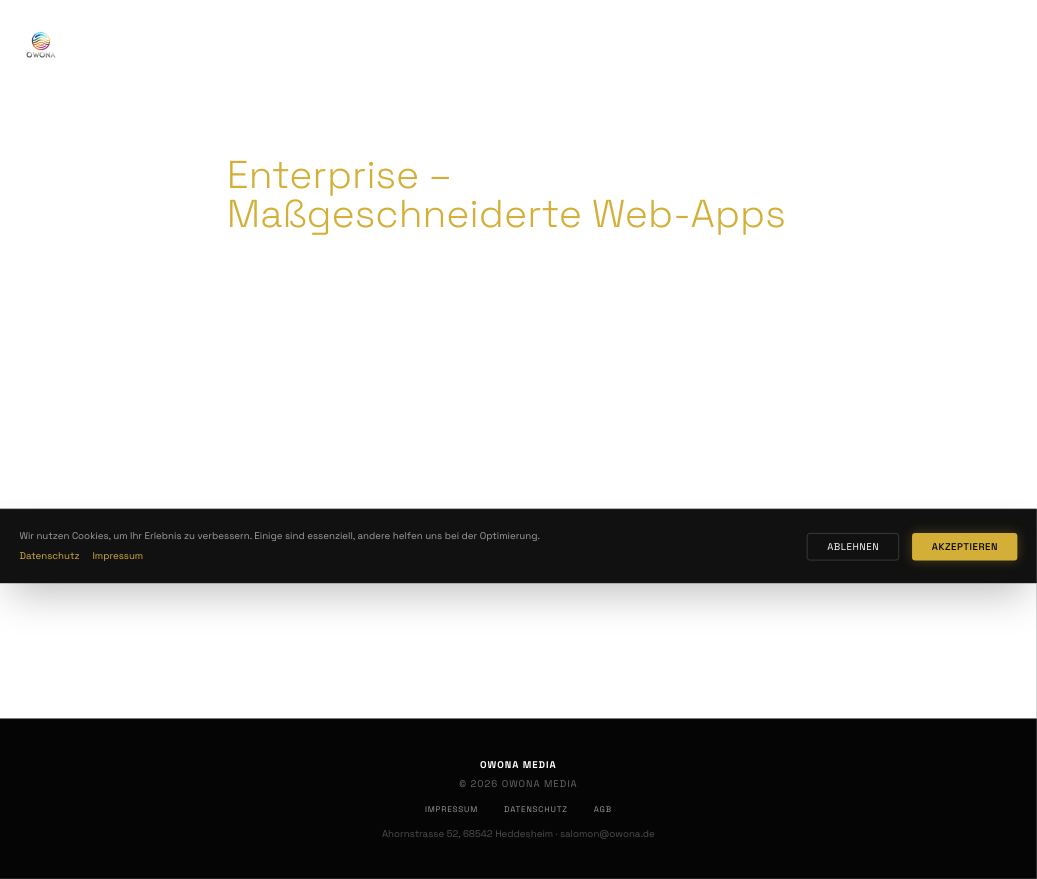
Repository: OwonaMedia/OMedia
Page: /produkte/enterprise
These files come from the project's save history. The page is drawn as it stood at one moment and after the next save; the edit follows.
The browser window is 1280 px wide. The pictures show the whole page, at 81% of full size.
The project was rebuilt for these pictures with package versions that can differ from the ones it lists, and the page was loaded fresh each time. Also part of the build but not shown: src/pages/Home.tsx, src/pages/Login.tsx, src/pages/dashboard/Overview.tsx, src/pages/dashboard/Projects.tsx, src/pages/dashboard/Invoices.tsx, src/pages/dashboard/Files.tsx, src/pages/dashboard/Settings.tsx, src/pages/Dashboard.tsx and 7 more. Imported but missing from the stored project, and not drawn on this page: src/pages/legal/AGB, src/pages/legal/Datenschutz, src/pages/legal/Impressum.

Above is the page before, as saved 2026-01-20 18:04:42.

### index.html
<!doctype html>
<html lang="de">
  <head>
    <meta charset="UTF-8" />
    <meta name="viewport" content="width=device-width, initial-scale=1.0" />
    <title>Owona Media</title>
    <meta name="description" content="Owona Media - Webentwicklung & Digital Solutions">
    <link rel="icon" type="image/png" href="/src/assets/favcon.png" />
    <link href="https://fonts.googleapis.com/css2?family=Space+Grotesk:wght@300;400;500;600;700&display=swap" rel="stylesheet">
  </head>
  <body>
    <div id="root"></div>
    <script type="module" src="/src/main.tsx"></script>
  </body>
</html>

### src/main.tsx

import React from 'react'
import ReactDOM from 'react-dom/client'
import { BrowserRouter } from 'react-router-dom'
import App from './App'
import './index.css'
import { TranslationProvider } from './TranslationContext';

ReactDOM.createRoot(document.getElementById('root')!).render(
  <React.StrictMode>
    <TranslationProvider>
      <BrowserRouter>
        <App />
      </BrowserRouter>
    </TranslationProvider>
  </React.StrictMode>,
)

### src/App.tsx
import { Routes, Route, useLocation } from 'react-router-dom';
import { useEffect } from 'react';
import Layout from './components/layout/Layout';
import Home from './pages/Home';
import Impressum from './pages/legal/Impressum';
import Datenschutz from './pages/legal/Datenschutz';
import AGB from './pages/legal/AGB';
import Login from './pages/Login';
import Dashboard from './pages/Dashboard';
import Produkte from './pages/Produkte';
import ProductStarter from './pages/ProductStarter';
import ProductPro from './pages/ProductPro';
import ProductEnterprise from './pages/ProductEnterprise';
import Abo from './pages/Abo';
import Ueber from './pages/Ueber';
import Kontakt from './pages/Kontakt';
import Blog from './pages/Blog';
import { TranslationProvider } from './TranslationContext';

function ScrollToTop() {
  const { pathname } = useLocation();
  useEffect(() => {
    window.scrollTo(0, 0);
  }, [pathname]);
  return null;
}

export default function App() {
  const location = useLocation();
  // Dashboard gets its own layout, all others use Layout
  const isDashboard = location.pathname.startsWith('/dashboard');

  return (
    <TranslationProvider>
      <ScrollToTop />
      <Routes>
        {/* All main pages wrapped in Layout for consistent Header/Footer/CookieBanner */}
        <Route path="/" element={<Layout><Home /></Layout>} />
        <Route path="/impressum" element={<Impressum />} />
        <Route path="/datenschutz" element={<Datenschutz />} />
        <Route path="/agb" element={<AGB />} />
        <Route path="/produkte" element={<Layout darkBg={false}><Produkte /></Layout>} />
        <Route path="/produkte/starter" element={<Layout darkBg={false}><ProductStarter /></Layout>} />
        <Route path="/produkte/pro" element={<Layout darkBg={false}><ProductPro /></Layout>} />
        <Route path="/produkte/enterprise" element={<Layout darkBg={false}><ProductEnterprise /></Layout>} />
        <Route path="/abo" element={<Layout darkBg={false}><Abo /></Layout>} />
        <Route path="/ueber" element={<Layout darkBg={false}><Ueber /></Layout>} />
        <Route path="/kontakt" element={<Layout darkBg={false}><Kontakt /></Layout>} />
        <Route path="/blog" element={<Layout darkBg={false}><Blog /></Layout>} />
        {/* Login and Dashboard can use their own layout or be standalone */}
        <Route path="/login" element={<Login />} />
        <Route path="/dashboard/*" element={<Layout darkBg={false}><Dashboard /></Layout>} />
      </Routes>
    </TranslationProvider>
  );
}

### src/index.css
@import "tailwindcss";


html {
  scroll-behavior: smooth;
}

body {
  background: #000;
  overflow-x: hidden;
  font-family: 'Space Grotesk', sans-serif;
}

/* Custom Cursor */
.cursor-custom {
  width: 20px;
  height: 20px;
  border: 1px solid rgba(212, 175, 55, 0.5);
  border-radius: 50%;
  position: fixed;
  pointer-events: none;
  z-index: 9999;
  transition: transform 0.1s ease, width 0.3s ease, height 0.3s ease;
  mix-blend-mode: difference;
  transform: translate(-50%, -50%);
}

/* Stars Background */
.stars {
  position: fixed;
  inset: 0;
  pointer-events: none;
  background-image:
    radial-gradient(1px 1px at 20px 30px, rgba(255,255,255,0.2), transparent),
    radial-gradient(1.5px 1.5px at 100px 100px, rgba(212, 175, 55, 0.1), transparent),
    radial-gradient(1px 1px at 200px 300px, rgba(255,255,255,0.1), transparent);
  background-size: 400px 400px;
  opacity: 0.5;
}

/* Hamburger Button */
.hamburger {
  position: fixed;
  top: 24px;
  right: 32px;
  z-index: 120;
  display: flex;
  flex-direction: column;
  justify-content: space-between;
  width: 32px;
  height: 24px;
  cursor: pointer !important;
  transition: transform 0.3s;
}

.hamburger span {
  display: block;
  height: 4px;
  width: 100%;
  background: white;
  border-radius: 2px;
  transition: all 0.3s ease;
  transform-origin: center;
}

.hamburger.active span:nth-child(1) {
  transform: translateY(10px) rotate(45deg);
}

.hamburger.active span:nth-child(2) {
  opacity: 0;
}

.hamburger.active span:nth-child(3) {
  transform: translateY(-10px) rotate(-45deg);
}

/* Menu Overlay */
.menu-overlay {
  position: fixed;
  inset: 0;
  background: rgba(0, 0, 0, 0.7);
  backdrop-filter: blur(4px);
  z-index: 110;
  opacity: 0;
  pointer-events: none;
  transition: opacity 0.3s;
}

.menu-overlay.show {
  opacity: 1;
  pointer-events: auto;
}

/* Sidebar Menu */
.sidebar-menu {
  position: fixed;
  top: 16px;
  right: 16px;
  width: auto;
  min-width: 250px;
  max-width: 320px;
  background: #111;
  z-index: 130;
  padding: 32px;
  transform: translateX(calc(100% + 20px));
  transition: transform 0.3s ease;
  border-radius: 12px;
  border: 1px solid rgba(255, 255, 255, 0.1);
  box-shadow: 0 8px 32px rgba(0, 0, 0, 0.5);
}

.sidebar-menu.open {
  transform: translateX(0);
}

/* Reveal animations */
.reveal {
  opacity: 0;
  transform: translateY(40px);
  transition: all 1.2s cubic-bezier(0.16, 1, 0.3, 1);
}

.reveal.visible {
  opacity: 1;
  transform: translateY(0);
}

/* Product Card */
.product-card {
  background: rgba(255,255,255,0.01);
  border: 1px solid rgba(255,255,255,0.05);
  transition: all 0.6s cubic-bezier(0.16, 1, 0.3, 1);
  position: relative;
  overflow: hidden;
}

.product-card:hover {
  border-color: rgba(212, 175, 55, 0.3);
  background: rgba(212, 175, 55, 0.02);
  transform: translateY(-5px);
}

/* Detail Overlay */
.detail-overlay {
  position: fixed;
  inset: 0;
  background: #000;
  z-index: 100;
  opacity: 0;
  transition: opacity 0.5s ease;
  overflow-y: auto;
  padding: 4rem 2rem;
  pointer-events: none;
}

.detail-overlay.active {
  opacity: 1;
  pointer-events: auto;
}

/* Scrollbar */
::-webkit-scrollbar { width: 3px; }
::-webkit-scrollbar-track { background: #000; }
::-webkit-scrollbar-thumb { background: #D4AF37; }

### src/TranslationContext.tsx
import React, { createContext, useContext, useState, useEffect, ReactNode } from 'react';
import { translations } from './translations';

type Language = 'de' | 'en' | 'fr' | 'sw';

interface TranslationContextProps {
  lang: Language;
  setLang: (lang: Language) => void;
  t: (key: string) => string;
}

const TranslationContext = createContext<TranslationContextProps | undefined>(undefined);

export const TranslationProvider = ({ children }: { children: ReactNode }) => {
  const [lang, setLangState] = useState<Language>(() => {
    const stored = localStorage.getItem('lang') as Language;
    return stored || 'de';
  });

  useEffect(() => {
    localStorage.setItem('lang', lang);
  }, [lang]);


  const setLang = (newLang: Language) => {
    if (['de', 'en', 'fr', 'sw'].includes(newLang)) {
      setLangState(newLang);
    } else {
      console.warn(`Unknown language: ${newLang}`);
    }
  }

  const t = (key: string) => {
    console.log(`t() aufgerufen mit Key: '${key}', Sprache: '${lang}'`);
    const dict = translations[lang] || {};
    console.log('Verfügbare Keys für aktuelle Sprache:', Object.keys(dict));
    if (dict[key]) return dict[key];
    // Kein Fallback, sondern Key anzeigen
    console.warn(`Key '${key}' nicht gefunden in Sprache '${lang}'.`);
    return key;
  }

  return (
    <TranslationContext.Provider value={{ lang, setLang, t }}>
      {children}
    </TranslationContext.Provider>
  );
};

export function useTranslation() {
  const context = useContext(TranslationContext);
  if (!context) {
    throw new Error('useTranslation must be used within a TranslationProvider');
  }
  return context;
}

### src/components/layout/Layout.tsx
import { ReactNode } from 'react';
import Header from './Header';
import Footer from './Footer';
import CookieBanner from './CookieBanner';
import CustomCursor from '../ui/CustomCursor';

interface LayoutProps {
  children: ReactNode;
  darkBg?: boolean; // true = schwarzer Hintergrund (Hauptseite), false = weißer Hintergrund
}

export default function Layout({ children, darkBg = true }: LayoutProps) {
  return (
    <div className={darkBg ? 'bg-black text-white' : 'bg-white text-black'}>
      {/* Sterne-Hintergrund nur auf dunklen Seiten */}
      {darkBg && <div className="stars" />}

      <Header />
      <CustomCursor />

      <main className="min-h-screen pt-24">
        {children}
      </main>

      <footer className="px-8 py-12 border-t border-white/5 bg-[#050505] text-white text-xs text-center">
        <div className="mb-2 font-bold tracking-widest uppercase">Owona Media</div>
        <div className="mb-4 text-white/40 tracking-widest uppercase">© {new Date().getFullYear()} Owona Media</div>
        <div className="flex flex-wrap justify-center gap-8 text-[10px] tracking-widest uppercase text-white/60 mb-4">
          <a href="/impressum" className="hover:text-[#D4AF37] transition-colors">Impressum</a>
          <a href="/datenschutz" className="hover:text-[#D4AF37] transition-colors">Datenschutz</a>
          <a href="/agb" className="hover:text-[#D4AF37] transition-colors">AGB</a>
        </div>
        <div className="text-white/30">Ahornstrasse 52, 68542 Heddesheim · salomon@owona.de</div>
      </footer>
      <CookieBanner />
    </div>
  );
}

### src/pages/ProductEnterprise.tsx
import { useTranslation } from '../TranslationContext';

export default function ProductEnterprise() {
  const { t } = useTranslation();
  return (
    <div className="max-w-3xl mx-auto py-24 px-6">
      <h1 className="text-5xl font-light mb-8 text-[#D4AF37]">{t('product.enterprise.detail.title')}</h1>
      <div className="text-white/80 text-lg leading-relaxed space-y-6">
        <p>{t('product.enterprise.detail.target')}</p>
        <p>{t('product.enterprise.detail.features')}</p>
        <p>{t('product.enterprise.detail.benefits')}</p>
        <p>{t('product.enterprise.detail.tech')}</p>
        <p>{t('product.enterprise.detail.service')}</p>
        <p>{t('product.enterprise.detail.addons')}</p>
      </div>
    </div>
  );
}

### src/components/layout/Header.tsx

import { useState, useEffect } from 'react';
import { Link } from 'react-router-dom';
import { useTranslation } from '../../TranslationContext';
import LogoO from '../LogoO';

export default function Header() {
  const { t, lang, setLang } = useTranslation();
  const [isOpen, setIsOpen] = useState(false);
  const [scrolled, setScrolled] = useState(false);

  // Scroll effect
  useEffect(() => {
    const handleScroll = () => setScrolled(window.scrollY > 50);
    window.addEventListener('scroll', handleScroll);
    return () => window.removeEventListener('scroll', handleScroll);
  }, []);

  // Lock body scroll when menu open
  useEffect(() => {
    if (isOpen) document.body.style.overflow = 'hidden';
    else document.body.style.overflow = '';
  }, [isOpen]);

  const toggleMenu = () => setIsOpen(!isOpen);
  const closeMenu = () => setIsOpen(false);

  return (
    <>
      <header className={`fixed top-0 left-0 right-0 z-[100] transition-all duration-500 ${scrolled ? 'py-4 bg-black/80 backdrop-blur-md border-b border-white/5' : 'py-8'}`}>
        <div className="max-w-[1800px] mx-auto px-8 flex justify-between items-center">
          <Link to="/" className="text-white hover:text-white/80 transition-all text-xl md:text-2xl font-light tracking-[0.4em] z-[120] flex items-center gap-1" onClick={closeMenu}>
            <span className="inline-block align-middle" style={{ width: '1.5em', height: '1.5em' }}>
              <LogoO className="w-[1.5em] h-[1.5em] object-contain inline-block align-middle" style={{ minWidth: 37, minHeight: 37, maxWidth: 48, maxHeight: 48, transform: 'scale(1.5)' }} />
            </span>
            <span className="inline-block align-middle ml-3 tracking-[0.4em] text-[1.5em]">MEDIA</span>
          </Link>
          {/* Hamburger Icon */}
          <div
            id="hamburger"
            onClick={toggleMenu}
            className={`z-[120] flex flex-col justify-between w-8 h-6 cursor-pointer group ${isOpen ? 'active' : ''}`}
          >
            <span className={`block h-0.5 w-full bg-white rounded transition-all duration-300 ${isOpen ? 'translate-y-[11px] rotate-45' : 'group-hover:w-2/3 ml-auto'}`}></span>
            <span className={`block h-0.5 w-full bg-white rounded transition-all duration-300 ${isOpen ? 'opacity-0' : ''}`}></span>
            <span className={`block h-0.5 w-full bg-white rounded transition-all duration-300 ${isOpen ? '-translate-y-[11px] -rotate-45' : 'group-hover:w-1/2 ml-auto'}`}></span>
          </div>
        </div>
      </header>

      {/* Overlay */}
      <div
        className={`fixed inset-0 bg-black/90 backdrop-blur-sm z-[110] transition-opacity duration-500 ${isOpen ? 'opacity-100 visible' : 'opacity-0 invisible'}`}
        onClick={closeMenu}
      />

      {/* Sidebar Menu */}
      <nav
        className={`fixed top-0 right-0 w-full md:max-w-md h-full bg-[#0a0a0a] z-[115] flex flex-col p-12 md:p-20 gap-8 transition-transform duration-500 border-l border-white/10 ${isOpen ? 'translate-x-0' : 'translate-x-full'}`}
      >
        <div className="mt-20 flex flex-col gap-6">
          {/* Hauptnavigation */}
          <div className="flex flex-col gap-4 mb-4 border-b border-white/10 pb-8">
              <Link to="/produkte" onClick={closeMenu} className="text-white/80 text-lg tracking-widest transition-colors hover:text-[#D4AF37]">{t('menu.products')}</Link>
              <Link to="/abo" onClick={closeMenu} className="text-white/80 text-lg tracking-widest transition-colors hover:text-[#D4AF37]">{t('menu.subscriptions')}</Link>
              <Link to="/ueber" onClick={closeMenu} className="text-white/80 text-lg tracking-widest transition-colors hover:text-[#D4AF37]">{t('menu.about')}</Link>
              <Link to="/kontakt" onClick={closeMenu} className="text-white/80 text-lg tracking-widest transition-colors hover:text-[#D4AF37]">{t('menu.contact')}</Link>
          </div>

          {/* Language Switcher */}
          <div className="mb-8">
            <div className="text-[10px] text-white/30 uppercase tracking-widest mb-4">Sprache / Language</div>
            <div className="flex flex-wrap gap-2">
              {['sw', 'de', 'en', 'fr'].map((l) => (
                <button
                  key={l}
                  onClick={() => setLang(l as any)}
                  className={`px-4 py-2 text-xs border rounded transition-all uppercase ${
                    lang === l
                      ? 'border-[#D4AF37] text-[#D4AF37] bg-[#D4AF37]/10'
                      : 'border-white/20 text-white/60 hover:border-white hover:text-white'
                  }`}
                >
                  {l.toUpperCase()}
                </button>
              ))}
            </div>
          </div>



          <div className="mt-auto pt-8">
            <Link to="/login" onClick={closeMenu} className="inline-flex items-center gap-2 text-sm tracking-widest text-white/50 hover:text-white transition-colors border border-white/10 px-6 py-3 rounded hover:border-[#D4AF37]">
              <span>🔒</span> {t('menu.dashboard')}
            </Link>
          </div>
        </div>
      </nav>
    </>
  );
}

### src/components/layout/CookieBanner.tsx

import { useState, useEffect } from 'react';
import { useTranslation } from '../../TranslationContext';

export default function CookieBanner() {
  const { t } = useTranslation();
  const [show, setShow] = useState(false);

  useEffect(() => {
    const consent = localStorage.getItem('cookie-consent');
    if (!consent) {
      // Kurze Verzögerung für nice UX
      const timer = setTimeout(() => setShow(true), 1000);
      return () => clearTimeout(timer);
    }
  }, []);

  const handleAccept = () => {
    localStorage.setItem('cookie-consent', 'accepted');
    setShow(false);
  };

  const handleDecline = () => {
    localStorage.setItem('cookie-consent', 'declined');
    setShow(false);
  };

  if (!show) return null;

  return (
    <div className="fixed bottom-0 left-0 right-0 z-[200] p-4 md:p-6 bg-[#111] border-t border-white/10 shadow-2xl animate-in slide-in-from-bottom-10 fade-in duration-500">
      <div className="max-w-7xl mx-auto flex flex-col md:flex-row items-center justify-between gap-6">
        <div className="text-xs text-white/60 leading-relaxed max-w-3xl">
          <p>
            {t('cookie.text') || "Wir nutzen Cookies, um Ihr Erlebnis auf unserer Website zu verbessern. Einige sind essenziell, andere helfen uns, diese Website und Ihre Erfahrung zu optimieren."}
          </p>
          <div className="mt-1">
            <a href="/datenschutz" className="text-[#D4AF37] hover:underline mr-4">{t('footer.privacy')}</a>
            <a href="/impressum" className="text-[#D4AF37] hover:underline">{t('footer.impressum')}</a>
          </div>
        </div>
        <div className="flex gap-4 shrink-0">
          <button
            onClick={handleDecline}
            className="px-6 py-2 border border-white/20 rounded text-xs text-white hover:bg-white/5 transition-colors uppercase tracking-wider"
          >
            {t('cookie.decline') || "Ablehnen"}
          </button>
          <button
            onClick={handleAccept}
            className="px-6 py-2 bg-[#D4AF37] text-black font-medium rounded text-xs hover:bg-[#b5952f] transition-colors uppercase tracking-wider shadow-[0_0_15px_rgba(212,175,55,0.3)]"
          >
            {t('cookie.accept') || "Akzeptieren"}
          </button>
        </div>
      </div>
    </div>
  );
}

### src/components/ui/CustomCursor.tsx
import { useEffect, useRef } from 'react';

export default function CustomCursor() {
  const cursorRef = useRef<HTMLDivElement>(null);

  useEffect(() => {
    const cursor = cursorRef.current;
    if (!cursor) return;

    const handleMouseMove = (e: MouseEvent) => {
      cursor.style.left = `${e.clientX}px`;
      cursor.style.top = `${e.clientY}px`;
    };

    document.addEventListener('mousemove', handleMouseMove);
    return () => document.removeEventListener('mousemove', handleMouseMove);
  }, []);

  return <div ref={cursorRef} className="cursor-custom" style={{left: '-20px', top: '-20px'}} />;
}

### src/components/LogoO.tsx
import React from 'react';
import logo from '../assets/logo.png';

export function LogoO({ className = '', style = {} }) {
  return (
    <img src={logo} alt="Owona Media Logo" className={className} style={style} />
  );
}

export default LogoO;

Loaded but not shown: src/translations.ts (803 lines, source omitted)

After the next save:
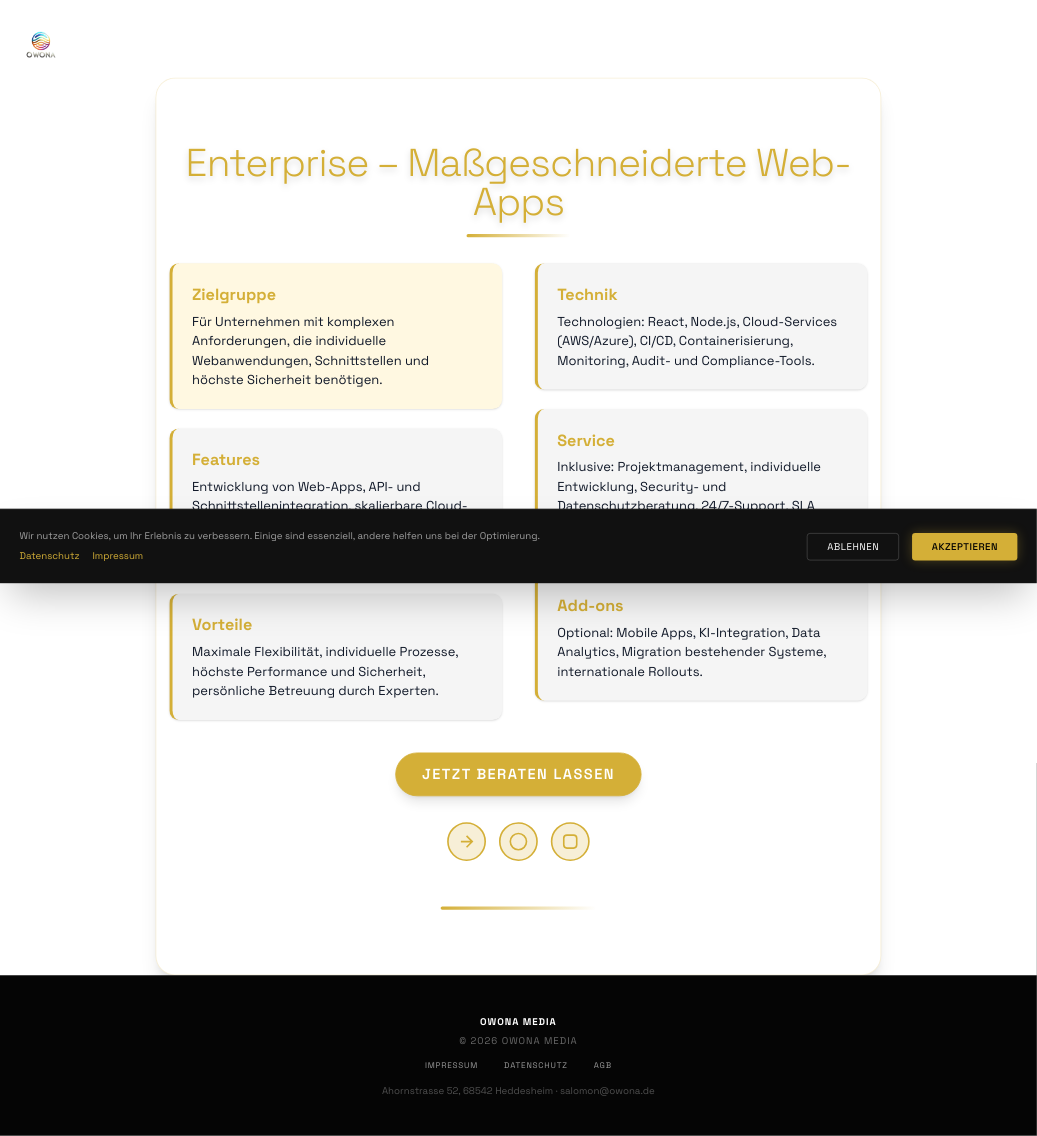
Saved 13 s later.
--- a/src/pages/ProductEnterprise.tsx
+++ b/src/pages/ProductEnterprise.tsx
@@ -1,17 +1,60 @@
+
 import { useTranslation } from '../TranslationContext';
 
 export default function ProductEnterprise() {
   const { t } = useTranslation();
   return (
-    <div className="max-w-3xl mx-auto py-24 px-6">
-      <h1 className="text-5xl font-light mb-8 text-[#D4AF37]">{t('product.enterprise.detail.title')}</h1>
-      <div className="text-white/80 text-lg leading-relaxed space-y-6">
-        <p>{t('product.enterprise.detail.target')}</p>
-        <p>{t('product.enterprise.detail.features')}</p>
-        <p>{t('product.enterprise.detail.benefits')}</p>
-        <p>{t('product.enterprise.detail.tech')}</p>
-        <p>{t('product.enterprise.detail.service')}</p>
-        <p>{t('product.enterprise.detail.addons')}</p>
+    <div className="max-w-4xl mx-auto py-20 px-4 bg-white rounded-3xl shadow-xl border border-[#D4AF37]/20">
+      <h1 className="text-5xl font-light mb-4 text-[#D4AF37] text-center tracking-tight drop-shadow-lg">{t('product.enterprise.detail.title')}</h1>
+      <div className="flex justify-center mb-8">
+        <div className="h-1 w-32 bg-gradient-to-r from-[#D4AF37] to-transparent rounded-full" />
+      </div>
+      <div className="grid md:grid-cols-2 gap-10 mb-10">
+        <div className="flex flex-col gap-6">
+          <div className="bg-[#FFF8E1] border-l-4 border-[#D4AF37] p-6 rounded-xl shadow-sm">
+            <h2 className="text-xl font-bold text-[#D4AF37] mb-2">Zielgruppe</h2>
+            <p className="text-gray-900 text-base">{t('product.enterprise.detail.target')}</p>
+          </div>
+          <div className="bg-[#F5F5F5] border-l-4 border-[#D4AF37] p-6 rounded-xl shadow-sm">
+            <h2 className="text-xl font-bold text-[#D4AF37] mb-2">Features</h2>
+            <p className="text-gray-900 text-base">{t('product.enterprise.detail.features')}</p>
+          </div>
+          <div className="bg-[#F5F5F5] border-l-4 border-[#D4AF37] p-6 rounded-xl shadow-sm">
+            <h2 className="text-xl font-bold text-[#D4AF37] mb-2">Vorteile</h2>
+            <p className="text-gray-900 text-base">{t('product.enterprise.detail.benefits')}</p>
+          </div>
+        </div>
+        <div className="flex flex-col gap-6">
+          <div className="bg-[#F5F5F5] border-l-4 border-[#D4AF37] p-6 rounded-xl shadow-sm">
+            <h2 className="text-xl font-bold text-[#D4AF37] mb-2">Technik</h2>
+            <p className="text-gray-900 text-base">{t('product.enterprise.detail.tech')}</p>
+          </div>
+          <div className="bg-[#F5F5F5] border-l-4 border-[#D4AF37] p-6 rounded-xl shadow-sm">
+            <h2 className="text-xl font-bold text-[#D4AF37] mb-2">Service</h2>
+            <p className="text-gray-900 text-base">{t('product.enterprise.detail.service')}</p>
+          </div>
+          <div className="bg-[#F5F5F5] border-l-4 border-[#D4AF37] p-6 rounded-xl shadow-sm">
+            <h2 className="text-xl font-bold text-[#D4AF37] mb-2">Add-ons</h2>
+            <p className="text-gray-900 text-base">{t('product.enterprise.detail.addons')}</p>
+          </div>
+        </div>
+      </div>
+      <div className="flex flex-col items-center gap-6 mt-8">
+        <a href="/kontakt" className="px-8 py-3 rounded-full bg-[#D4AF37] text-white font-semibold uppercase tracking-widest text-lg shadow-lg hover:bg-black hover:text-[#D4AF37] border border-[#D4AF37] transition">Jetzt beraten lassen</a>
+        <div className="flex gap-4 mt-2">
+          <div className="w-12 h-12 rounded-full bg-[#D4AF37]/20 flex items-center justify-center border-2 border-[#D4AF37]">
+            <svg width="24" height="24" fill="none" stroke="#D4AF37" strokeWidth="2" viewBox="0 0 24 24"><path d="M5 12h14M12 5l7 7-7 7" /></svg>
+          </div>
+          <div className="w-12 h-12 rounded-full bg-[#D4AF37]/20 flex items-center justify-center border-2 border-[#D4AF37]">
+            <svg width="24" height="24" fill="none" stroke="#D4AF37" strokeWidth="2" viewBox="0 0 24 24"><circle cx="12" cy="12" r="10" /></svg>
+          </div>
+          <div className="w-12 h-12 rounded-full bg-[#D4AF37]/20 flex items-center justify-center border-2 border-[#D4AF37]">
+            <svg width="24" height="24" fill="none" stroke="#D4AF37" strokeWidth="2" viewBox="0 0 24 24"><rect x="4" y="4" width="16" height="16" rx="4" /></svg>
+          </div>
+        </div>
+        <div className="w-full flex justify-center mt-8">
+          <div className="h-1 w-48 bg-gradient-to-r from-[#D4AF37] to-transparent rounded-full" />
+        </div>
       </div>
     </div>
   );
